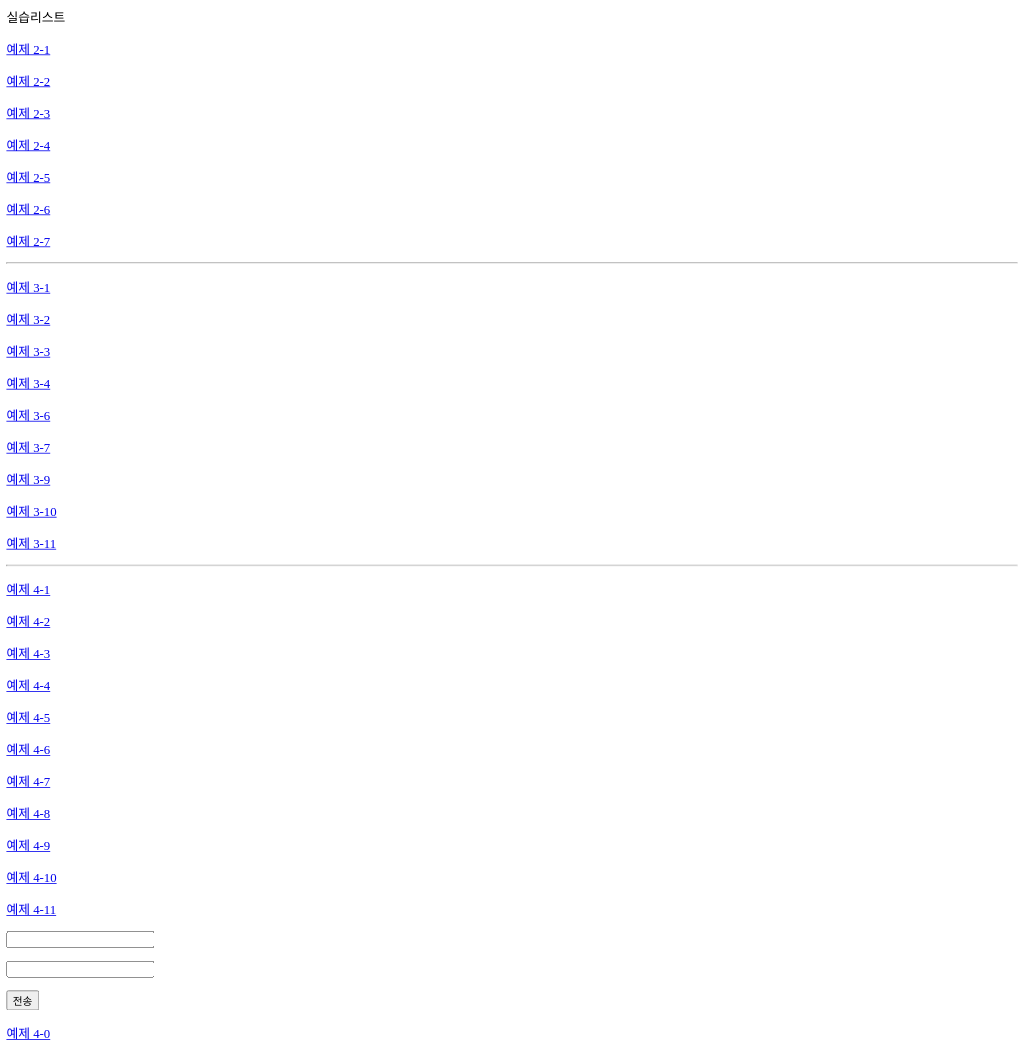
Repository: sanghyunlee7680/JSP-practice
Page: http://localhost/jspbook/
The author's editor kept a copy of each file at every save. The page is drawn from the files as they stood at one save, then again after the next save.
The browser window is 1280 px wide. The pictures show the whole page, at 80% of full size.
The page is served by Tomcat 10.

Above is the page before, as saved 2024-10-11 05:47:02.

After the next save:
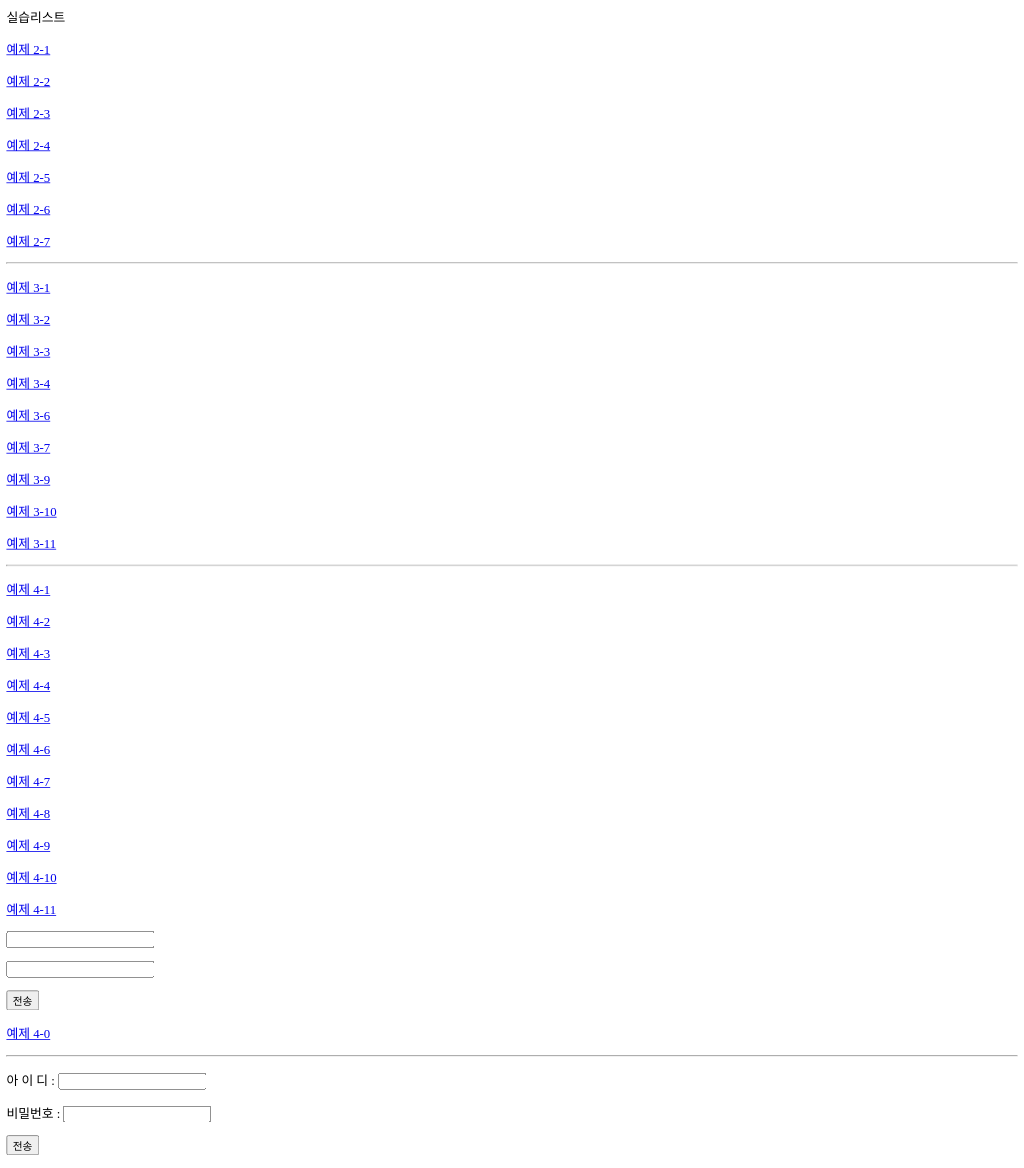
Saved 17 s later.
--- a/jspbook/src/main/webapp/index.jsp
+++ b/jspbook/src/main/webapp/index.jsp
@@ -104,6 +104,11 @@
 	<p>
 		<a href="4_0?id=${id}&name=<%=name%>">예제 4-0</a>
 	</p>
-
+	<hr></hr>
+	<form action="Exam5_1.jsp" method="post">
+		<p> 아 이 디 : <input type="text" name="id">
+		<p> 비밀번호 : <input type="text" name="passwd">
+		<p> <input type="submit" value="전송"></p>
+	</form>
 </body>
 </html>
